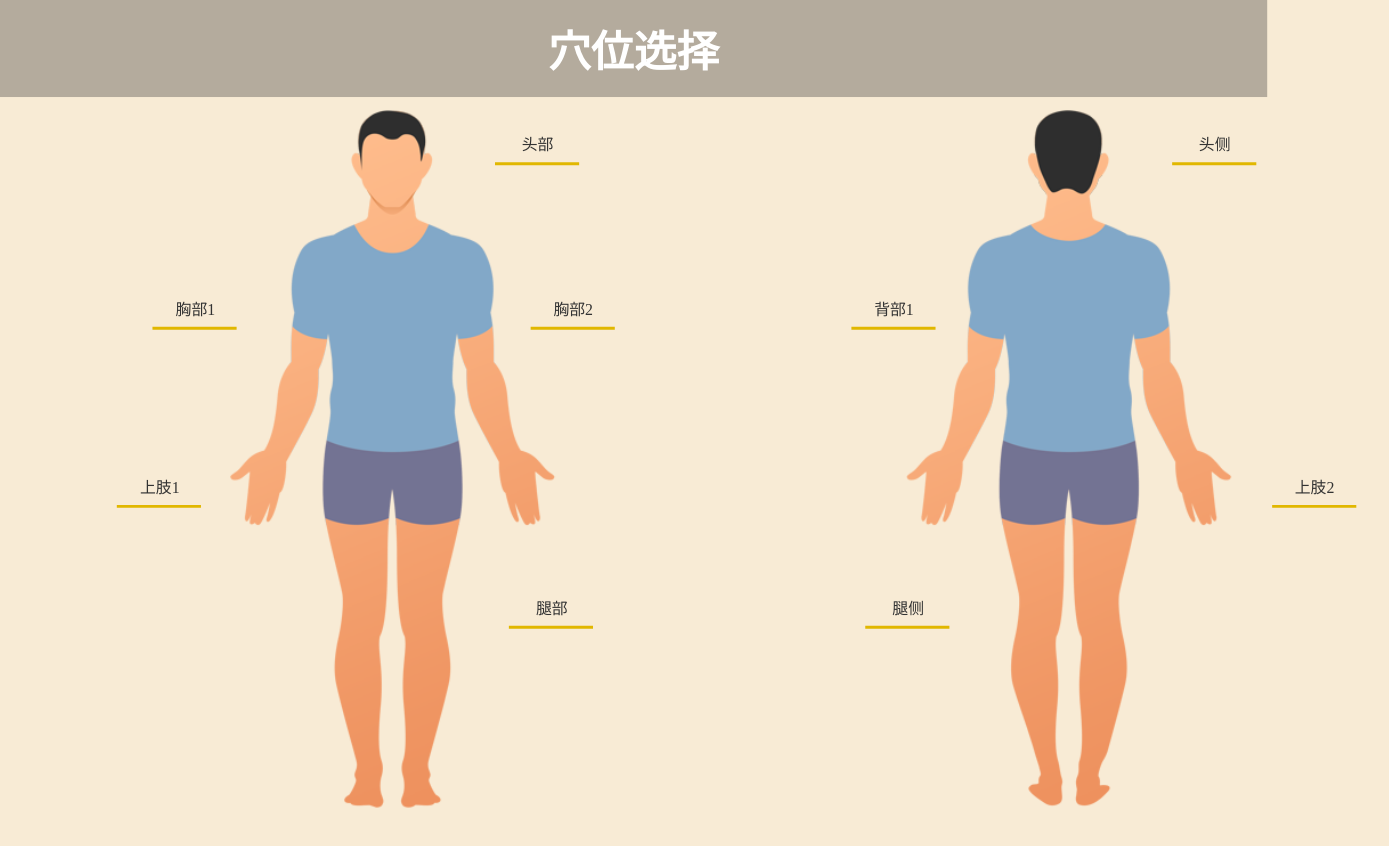
Repository: chjyume/zhongyi
Page: xuewei.html
The author's editor kept a copy of each file at every save. The page is drawn from the files as they stood at one save, then again after a run of saves.
The browser window is 1280 px wide. The page is 1403 px wide, so the pictures cover 1403 px, including what lies to the right of the window. The pictures show the whole page, at 99% of full size.

Above is the page before, as saved 2023-09-12 21:18:51.

### xuewei.html
<!DOCTYPE html>
<html>

<head>
  <meta charset="utf-8" />
  <title>穴位</title>
  <link rel="stylesheet" type="text/css" href="css/xuewei.css">
</head>

<body>
  <header class="top-bar">
    <h1>穴位选择</h1>
  </header>
  <div class="container">
    <img src="img/xuewei/man1.png" alt="正面" class="img1">
    <img src="img/xuewei/man2.png" alt="反面" class="img2">
    <div class="btn1">
      <div class="btn-wrapper"> <svg height="45" width="150" xmlns="#">
          <rect id="button1" height="45" width="150"></rect>
        </svg>
        <div id="text"> <a href="">头部</a> </div>
      </div>
    </div>
    <div class="btn2">
      <div class="btn-wrapper"> <svg height="45" width="150" xmlns="#">
          <rect id="button1" height="45" width="150"></rect>
        </svg>
        <div id="text"> <a href="">头侧</a> </div>
      </div>
    </div>
    <div class="btn3">
      <div class="btn-wrapper"> <svg height="45" width="150" xmlns="#">
          <rect id="button1" height="45" width="150"></rect>
        </svg>
        <div id="text"> <a href="">胸部1</a> </div>
      </div>
    </div>
    <div class="btn4">
      <div class="btn-wrapper"> <svg height="45" width="150" xmlns="#">
          <rect id="button1" height="45" width="150"></rect>
        </svg>
        <div id="text"> <a href="">胸部2</a> </div>
      </div>
    </div>
    <div class="btn5">
      <div class="btn-wrapper"> <svg height="45" width="150" xmlns="#">
          <rect id="button1" height="45" width="150"></rect>
        </svg>
        <div id="text"> <a href="">背部1</a> </div>
      </div>
    </div>
    <div class="btn6">
      <div class="btn-wrapper"> <svg height="45" width="150" xmlns="#">
          <rect id="button1" height="45" width="150"></rect>
        </svg>
        <div id="text"> <a href="">上肢1</a> </div>
      </div>
    </div>
    <div class="btn7">
      <div class="btn-wrapper"> <svg height="45" width="150" xmlns="#">
          <rect id="button1" height="45" width="150"></rect>
        </svg>
        <div id="text"> <a href="">上肢2</a> </div>
      </div>
    </div>
    <div class="btn8">
      <div class="btn-wrapper"> <svg height="45" width="150" xmlns="#">
          <rect id="button1" height="45" width="150"></rect>
        </svg>
        <div id="text"> <a href="">腿部</a> </div>
      </div>
    </div>
    <div class="btn9">
      <div class="btn-wrapper"> <svg height="45" width="150" xmlns="#">
          <rect id="button1" height="45" width="150"></rect>
        </svg>
        <div id="text"> <a href="">腿侧</a> </div>
      </div>
    </div>
  </div>
</body>

</html>

### css/xuewei.css
body{
    background-color: rgb(248, 235, 213);
    margin: 0;
    padding: 0;
}
.top-bar {
background-color: #33333358;
color: #fff;
padding: 2.5vh;
text-align: center;
top: 0;
left: 0;
width: 100%;
box-sizing: border-box;

}

.top-bar h1 {
font-size: 6vh;
margin: 0;
}

.img1{
    width: 80vh;
    position: absolute;
    top:10vh;
    left:15vh;
    z-index: 1;
}
.img2 {
    width: 80vh;
    position: absolute;
    top: 10vh;
    left: 110vh;
    z-index: 1;
}
.btn1{
    position: absolute;
    top: 17vh;
    left: 65vh;
}
.btn2 {
    position: absolute;
    top: 17vh;
    left: 160vh;
}
.btn3 {
    position: absolute;
    top: 40vh;
    left: 17vh;
}
.btn4 {
    position: absolute;
    top: 40vh;
    left: 70vh;
}
.btn5 {
    position: absolute;
    top: 40vh;
    left: 115vh;
}
.btn6 {
    position: absolute;
    top: 65vh;
    left: 12vh;
}
.btn7 {
    position: absolute;
    top: 65vh;
    left: 174vh;
}
.btn8 {
    position: absolute;
    top: 82vh;
    left: 67vh;
}
.btn9 {
    position: absolute;
    top: 82vh;
    left: 117vh;
}
.btn10{
    position: absolute;
        top: 82vh;
        left: 165vh;
}
.btn-wrapper {
    z-index: 2;
    position: absolute;
    float: left;
    line-height: 45px;
    display: inline-block;
    margin-right: 2em;
    text-align: center;
}

#button1 {
    stroke-width: 6px;
    fill: transparent;
    stroke:#e1b700;
    stroke-dasharray: 85 400;
    stroke-dashoffset: -228;
    transition: 1s all ease;
}

.btn-wrapper:hover #button1 {
    stroke-dasharray: 50 0;
    stroke-width: 3px;
    stroke-dashoffset: 0;
    stroke: #e1b700;
}

#text {
    margin-top: -60px;
    text-align: center;
}

#text a {
    color: #333;
    text-decoration: none;
    font-weight: 400;
}

After the next 2 saves:
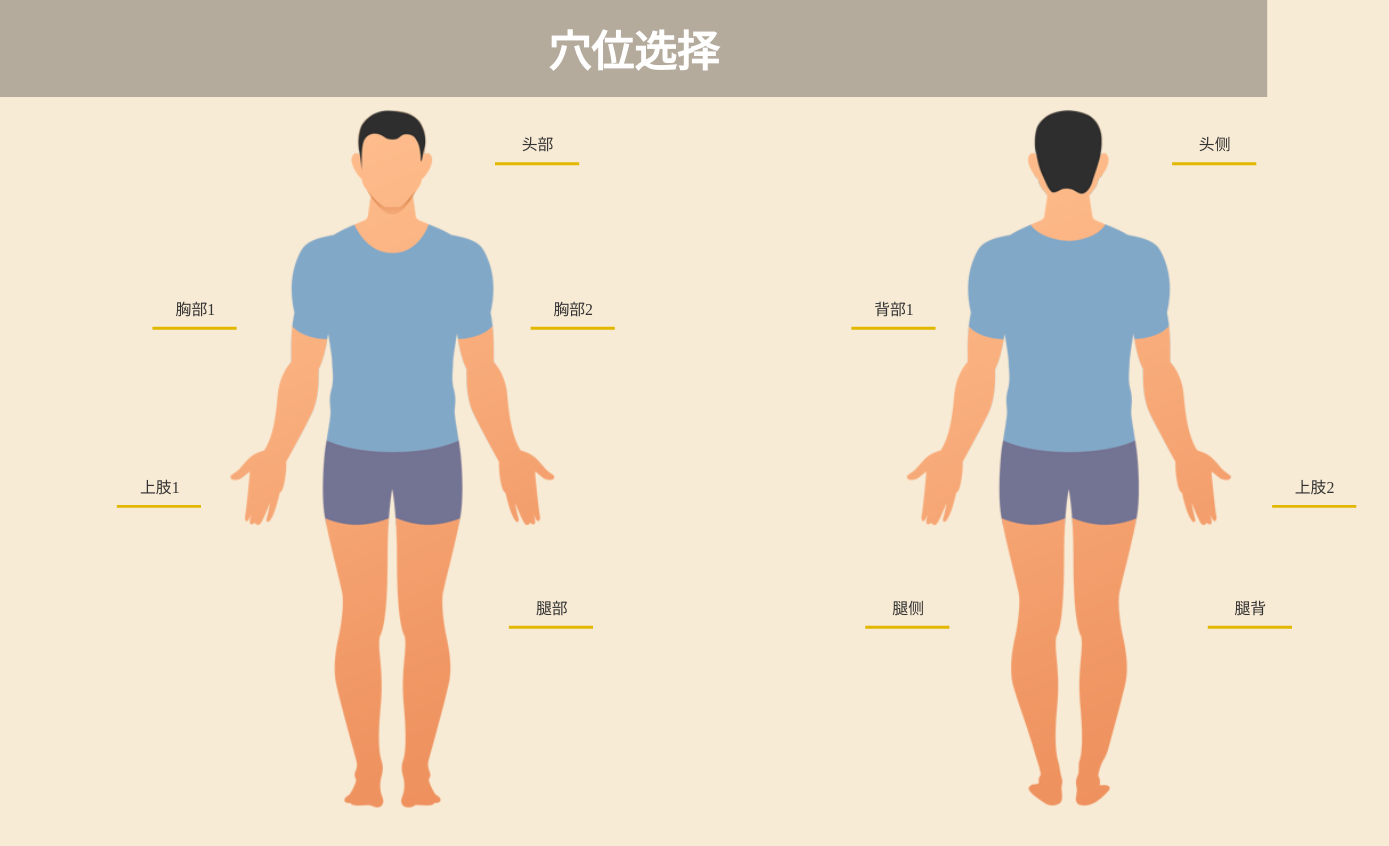
The 2 saves are shown as one change because they came seconds apart.
The last was saved 25 s later.
--- a/xuewei.html
+++ b/xuewei.html
@@ -77,6 +77,13 @@
         <div id="text"> <a href="">腿侧</a> </div>
       </div>
     </div>
+    <div class="btn10">
+      <div class="btn-wrapper"> <svg height="45" width="150" xmlns="#">
+          <rect id="button1" height="45" width="150"></rect>
+        </svg>
+        <div id="text"> <a href="">腿背</a> </div>
+      </div>
+    </div>
   </div>
 </body>
 
